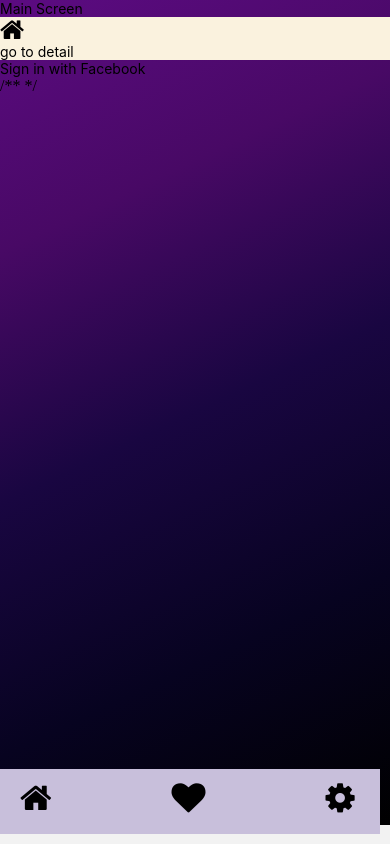
Repository: eyebone/barManager
Screen: /Main
An editor plug-in stored every save of this project. The screen is shown before and after a run of saves, followed by the edit.
The app was drawn by React Native's web renderer in a window 390 px wide. The project was rebuilt for these pictures with package versions that can differ from the ones it lists, and the page was loaded fresh each time. Some packages were replaced by stand-ins written for this rebuild. Also part of the build but not shown: components/EmojiPicker.js, components/Button.js, components/ImageViewer.js, components/circleButton.js, components/IconButton.js, view/ViewOne.js, view/Sign.js.

Above is the screen before, as saved 2023-06-27 09:35:26.

### App.js
// In App.js in a new project

import * as React from "react";
import { Button, View, Text, StyleSheet, Pressable, Alert } from "react-native";
import { NavigationContainer } from "@react-navigation/native";
import { createNativeStackNavigator } from "@react-navigation/native-stack";
import { ViewOne } from "./view/ViewOne";
import { SignView } from "./view/Sign";
import { LinearGradient } from "expo-linear-gradient";
import FontAwesome from "react-native-vector-icons/FontAwesome";
import { MainView } from "./view/Main";
import { NavigationBar } from "./components/NavigationBar";


function HomeScreen({ navigation }) {
  return (
    <View style={styles.container}>
      <LinearGradient
        start={{ x: 0, y: 0 }}
        end={{ x: 1, y: 1 }}
        colors={["#5c0b82", "#480965", "#190641", "#070320", "#000000"]}
        style={styles.linearGradient}
      >
        <Text>Home Screen</Text>
        <Pressable
          style={(styles.button, { backgroundColor: "#faf2de" })}
          onPress={() => navigation.push("test")}
        >
          <FontAwesome name="home" size={26} style={{ paddingRight: 8 }} />
          <Text>go to detail</Text>
        </Pressable>

        <Button
          title="Go to Sign"
          onPress={() => navigation.navigate("sign")}
        />
        <Text style={styles.buttonText}>Sign in with Facebook</Text>
      </LinearGradient>
    </View>
  );
}

const Stack = createNativeStackNavigator();

function App() {
  return (
    <NavigationContainer style={styles.container}>
      <Stack.Navigator initialRouteName="Home">
        <Stack.Screen
          name="Home"
          component={HomeScreen}
          // options={{ title: "Overview", backgroundColor: "transparent" }}
          options={{ headerShown: false }}
        />

        <Stack.Screen name="test" component={ViewOne} />
        <Stack.Screen
          name="sign"
          component={SignView}
          options={{ headerShown: false }}
        />
        <Stack.Screen
          name="Main"
          component={MainView}
          options={{ headerShown: false }}
        />
      </Stack.Navigator>
    </NavigationContainer>
  );
}

export default App;

const styles = StyleSheet.create({
  container: {
    flex: 1,
    flexDirection: "column",
    backgroundColor: "#000000",
    //    alignItems: 'center',
  },
  linearGradient: {
    height: 740,
  },
  button: {
    borderRadius: 10,
    width: 300,
    height: 30,
    alignItems: "center",
    justifyContent: "center",
    flexDirection: "row",
  },
  mainlinearGradient: {
    height: 825,
  },
  bar: {
    width: 380,
    height: 65,
    backgroundColor: "#C8BFDB",
    marginTop: 674,
    flexDirection: "row",
  },
});

### view/Main.js
// 这是主界面

import { useState } from "react";
import { StatusBar } from "expo-status-bar";
import { StyleSheet, View } from "react-native";
import * as ImagePicker from "expo-image-picker";
import EmojiPicker from "../components/EmojiPicker";
import Button from "../components/Button";
import ImageViewer from "../components/ImageViewer";
import CircleButton from "../components/circleButton";
import IconButton from "../components/IconButton";
import { NavigationContainer } from "@react-navigation/native";
import { createNativeStackNavigator } from "@react-navigation/native-stack";
import { Text, Pressable } from "react-native";
import { NavigationBar } from "../components/NavigationBar";
import { LinearGradient } from "expo-linear-gradient";
import FontAwesome from "react-native-vector-icons/FontAwesome";

export function MainView({ navigation }) {
  return (
    <LinearGradient
      start={{ x: 0, y: 0 }}
      end={{ x: 1, y: 1 }}
      colors={["#5c0b82", "#480965", "#190641", "#070320", "#000000"]}
      style={styles.mainlinearGradient}
    >
      <Text>Main Screen</Text>
      <Pressable
        style={(styles.button, { backgroundColor: "#faf2de" })}

      >
        <FontAwesome name="home" size={26} style={{ paddingRight: 8 }} />
        <Text>go to detail</Text>
      </Pressable>


      <Text style={styles.buttonText}>Sign in with Facebook</Text>
      /** */
      <NavigationBar navigation={navigation}/>
    </LinearGradient>
  );
}

const styles = StyleSheet.create({
  mainlinearGradient: {
    height: 825,
  },

});

### components/NavigationBar.js
//这是底部导航栏
import { StatusBar } from "expo-status-bar";
import { StyleSheet, View, Text } from "react-native";
import Button from "../components/Button";
import ImageViewer from "../components/ImageViewer";
import * as ImagePicker from "expo-image-picker";
import { useState } from "react";
const PlaceholderImage = require("../assets/images/background-image.png");
import * as React from "react";
import FontAwesome from "react-native-vector-icons/FontAwesome";
import {
  FlatList,
  Image,
  Platform,
  Pressable,
  PixelRatio,
  TextInput,
  Alert,
} from "react-native";
import { NavigationContainer } from "@react-navigation/native";
import { createNativeStackNavigator } from "@react-navigation/native-stack";
import { LinearGradient } from "expo-linear-gradient";
import CircleButton from "./circleButton";
export function NavigationBar({ navigation }) {
  return (
    <View style={styles.bar}>
      <Pressable
        style={{ marginLeft: 20, marginTop: 12 }}
        onPress={() => navigation.push("Home")}
      >
        <FontAwesome name="home" size={34}></FontAwesome>
      </Pressable>
      <Pressable>
        <FontAwesome
          name="heart"
          size={34}
          style={{ marginLeft: 120, marginTop: 12 }}
        ></FontAwesome>
      </Pressable>
      {/* <CircleButton /> */}
      <Pressable>
        <FontAwesome
          name="cog"
          size={34}
          style={{ marginLeft: 120, marginTop: 12 }}
        ></FontAwesome>
      </Pressable>
    </View>
  );
}

const styles = StyleSheet.create({
  bar: {
    width: 380,
    height: 65,
    backgroundColor: "#C8BFDB",
    marginTop: 674,
    flexDirection: "row",
  },
});

After the next 2 saves:
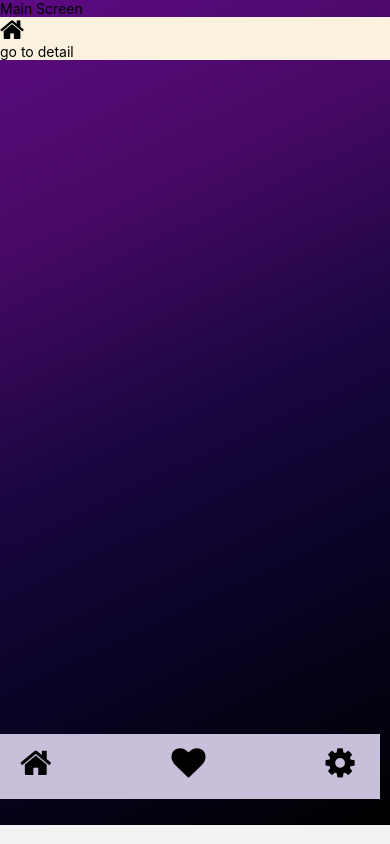
The 2 saves are shown as one change because they came seconds apart.
The last was saved 5 s later.
--- a/view/Main.js
+++ b/view/Main.js
@@ -34,8 +34,8 @@ export function MainView({ navigation }) {
       </Pressable>
 
 
-      <Text style={styles.buttonText}>Sign in with Facebook</Text>
-      /** */
+      {/* <Text style={styles.buttonText}>Sign in with Facebook</Text> */}
+
       <NavigationBar navigation={navigation}/>
     </LinearGradient>
   );
